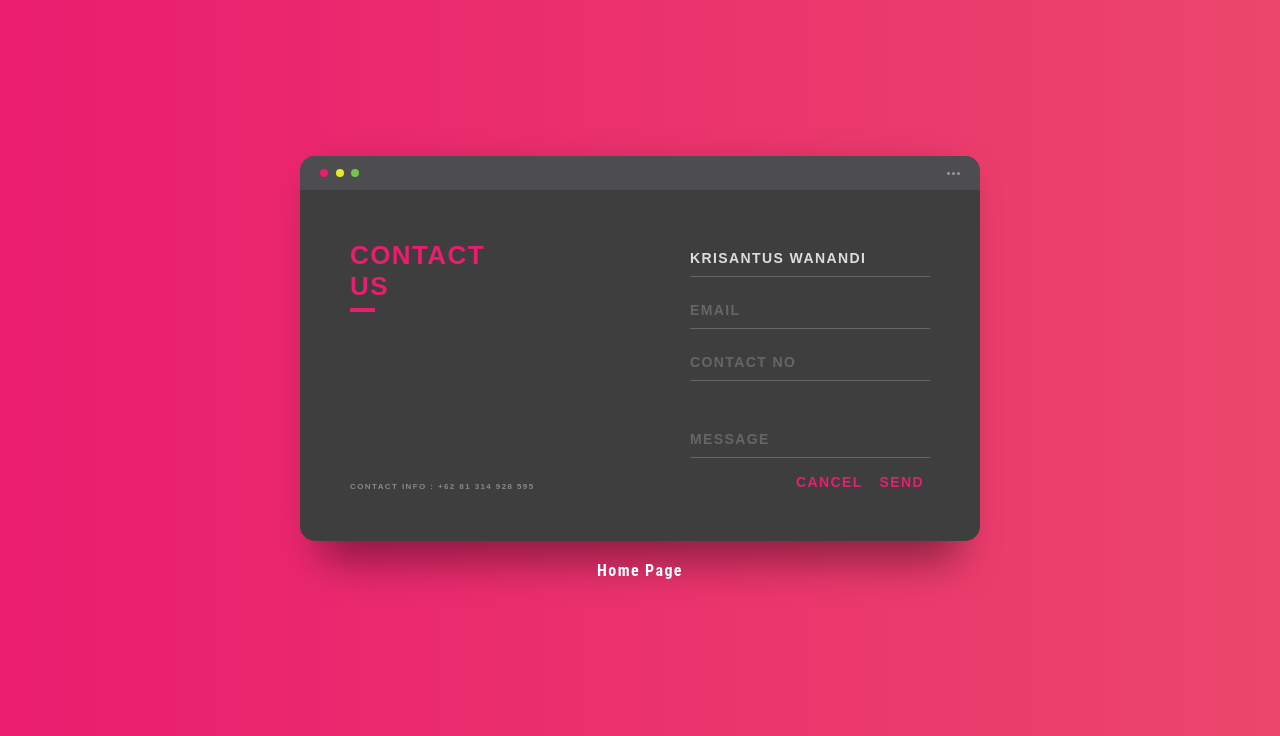
Repository: Shwetank-Chaudhary/EmployeeManagement-
Page: HomePage/src/main/webapp/ContactUs.html
These files come from the project's save history. The page is drawn as it stood at one moment and after the next save; the edit follows.
The browser window is 1280 px wide. The pictures show the whole page.

Above is the page before, as saved 2024-01-01 19:01:26.

After the next save:
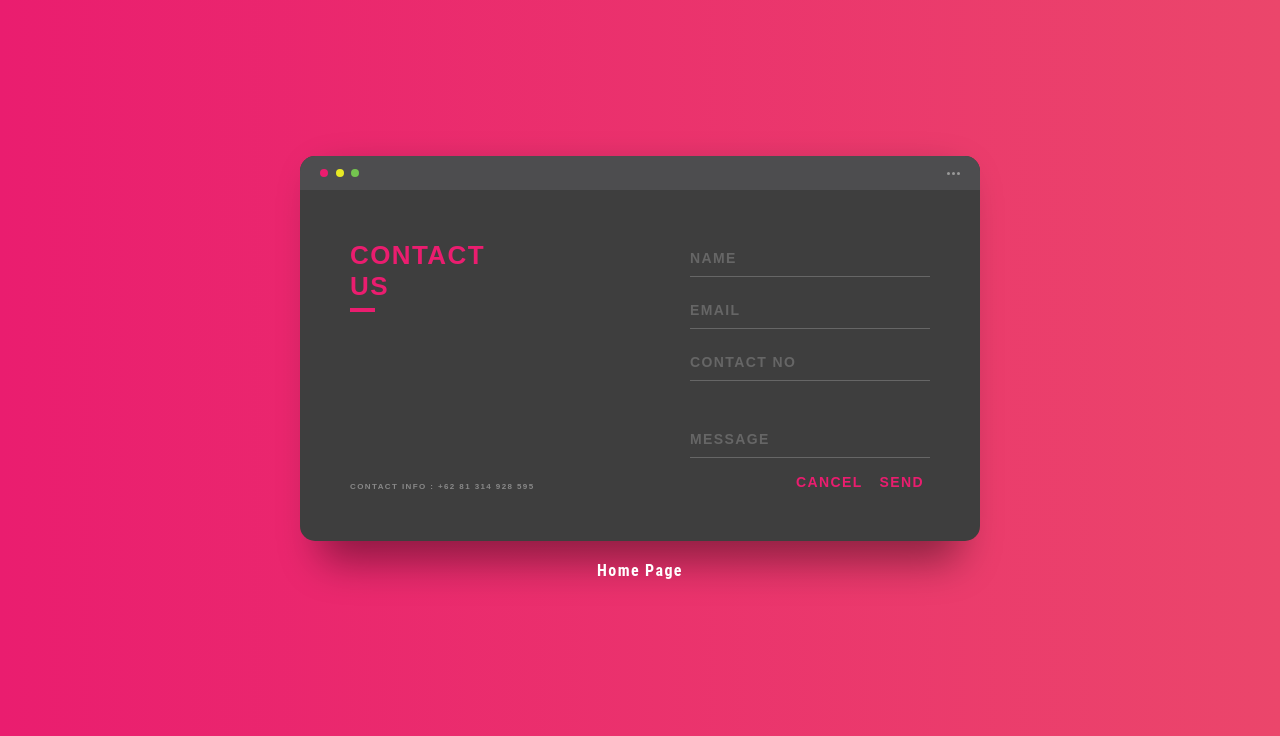
Saved 42 s later.
--- a/HomePage/src/main/webapp/ContactUs.html
+++ b/HomePage/src/main/webapp/ContactUs.html
@@ -274,7 +274,7 @@
 					<div class="screen-body-item">
 						<div class="app-form">
 							<div class="app-form-group">
-								<input class="app-form-control" placeholder="NAME" value="Krisantus Wanandi">
+								<input class="app-form-control" placeholder="NAME" >
 							</div>
 							<div class="app-form-group">
 								<input class="app-form-control" placeholder="EMAIL">
